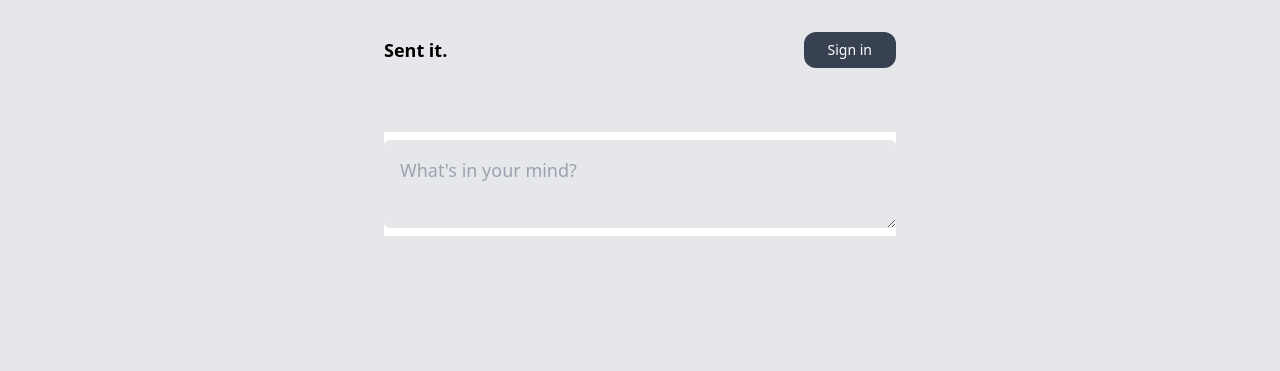
Repository: Saadelfadil/Nextjs_fullstack_app
Page: /
These files come from the project's save history. The page is drawn as it stood at one moment and after the next save; the edit follows.
The browser window is 1280 px wide. The pictures show the whole page.
The page's requests for data from a server got no answer. The project was rebuilt for these pictures with package versions that can differ from the ones it lists, and the page was loaded fresh each time. The framework's server and built-in components were replaced by stand-ins that run in the browser. No one was signed in, and anything a server would have sent is missing. Also part of the build but not shown: next.config.js, app/auth/Logged.tsx.

Above is the page before, as saved 2023-02-24 18:27:45.

After the next save:
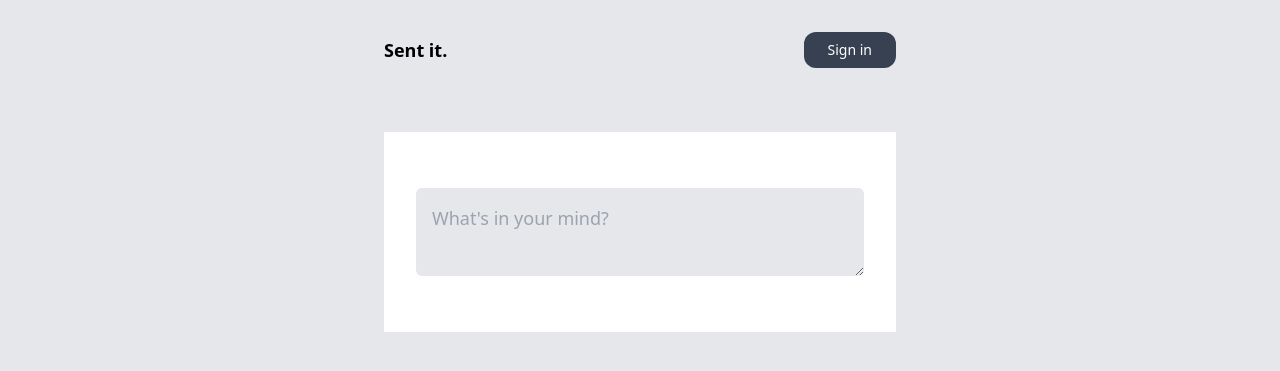
Saved 5 s later.
--- a/app/components/AddPost.tsx
+++ b/app/components/AddPost.tsx
@@ -5,7 +5,7 @@ import { useState } from "react";
 const AddPost = () => {
     const [title, setTitle] = useState("");
   return (
-    <form className="bg-white my-8 ">
+    <form className="bg-white my-8 p-8 roumd">
         <div className="flex flex-col my-4">
             <textarea onChange={(e) => setTitle((pre) => pre = e.target.value)}
             name="title"
